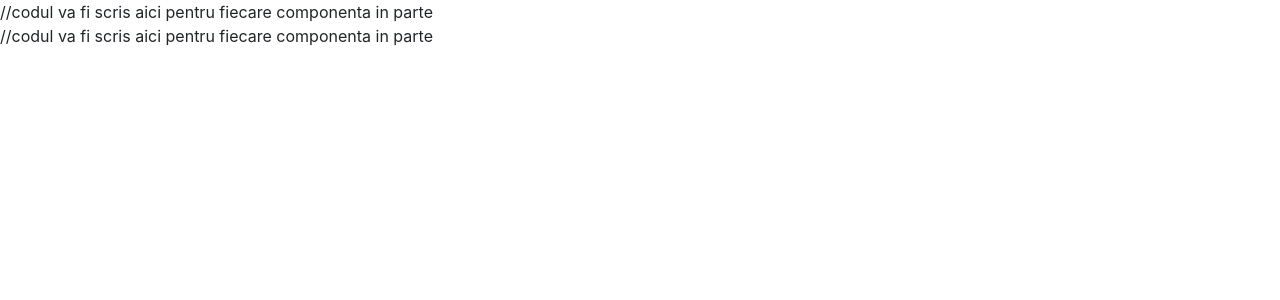
Repository: nicolasolo/bitesizecoding.space
Page: index.html
These files come from the project's save history. The page is drawn as it stood at one moment and after the next save; the edit follows.
The browser window is 1280 px wide. The pictures show the whole page.

Above is the page before, as saved 2020-04-09 17:19:06.

### index.html
<!DOCTYPE html>
<html lang="en">
<head>
    <meta charset="UTF-8">
    <meta name="viewport" content="width=device-width, initial-scale=1.0">
    <title>Trincu-Andrei</title>
    <link rel="stylesheet" href="https://stackpath.bootstrapcdn.com/bootstrap/4.4.1/css/bootstrap.min.css" integrity="sha384-Vkoo8x4CGsO3+Hhxv8T/Q5PaXtkKtu6ug5TOeNV6gBiFeWPGFN9MuhOf23Q9Ifjh" crossorigin="anonymous">

    <link rel="stylesheet" href="css/index.css">
</head>
<body>
<header>
<!-- Navbar-->
//codul va fi scris aici pentru fiecare componenta in parte
<div class=""
<!-- Jumbotron -->
//codul va fi scris aici pentru fiecare componenta in parte





<script src="https://code.jquery.com/jquery-3.4.1.slim.min.js" integrity="sha384-J6qa4849blE2+poT4WnyKhv5vZF5SrPo0iEjwBvKU7imGFAV0wwj1yYfoRSJoZ+n" crossorigin="anonymous"></script>
<script src="https://cdn.jsdelivr.net/npm/popper.js@1.16.0/dist/umd/popper.min.js" integrity="sha384-Q6E9RHvbIyZFJoft+2mJbHaEWldlvI9IOYy5n3zV9zzTtmI3UksdQRVvoxMfooAo" crossorigin="anonymous"></script>
<script src="https://stackpath.bootstrapcdn.com/bootstrap/4.4.1/js/bootstrap.min.js" integrity="sha384-wfSDF2E50Y2D1uUdj0O3uMBJnjuUD4Ih7YwaYd1iqfktj0Uod8GCExl3Og8ifwB6" crossorigin="anonymous"></script>
    <script src="./js/custom.js"></script>
</body>
</html>
<div></div>

Loaded but not shown: css/index.css (no stored copy; drawn as an empty file); js/custom.js (no stored copy; drawn as an empty file)

After the next save:
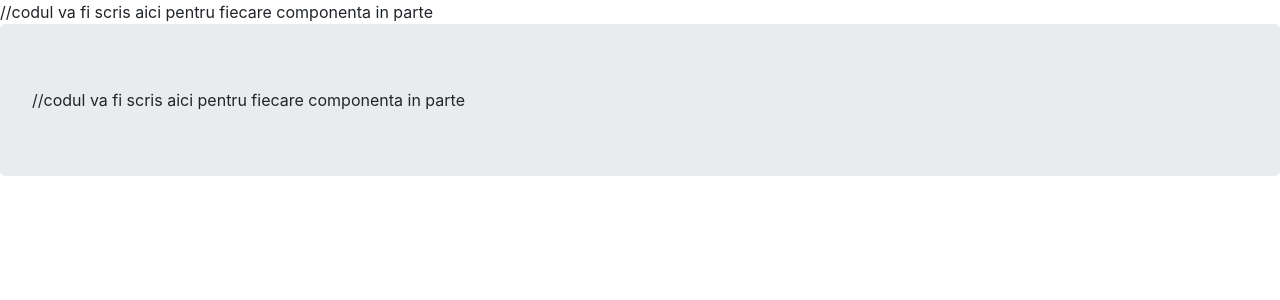
Saved 7 s later.
--- a/index.html
+++ b/index.html
@@ -12,7 +12,7 @@
 <header>
 <!-- Navbar-->
 //codul va fi scris aici pentru fiecare componenta in parte
-<div class=""
+<div class="jumbotron"
 <!-- Jumbotron -->
 //codul va fi scris aici pentru fiecare componenta in parte
 
